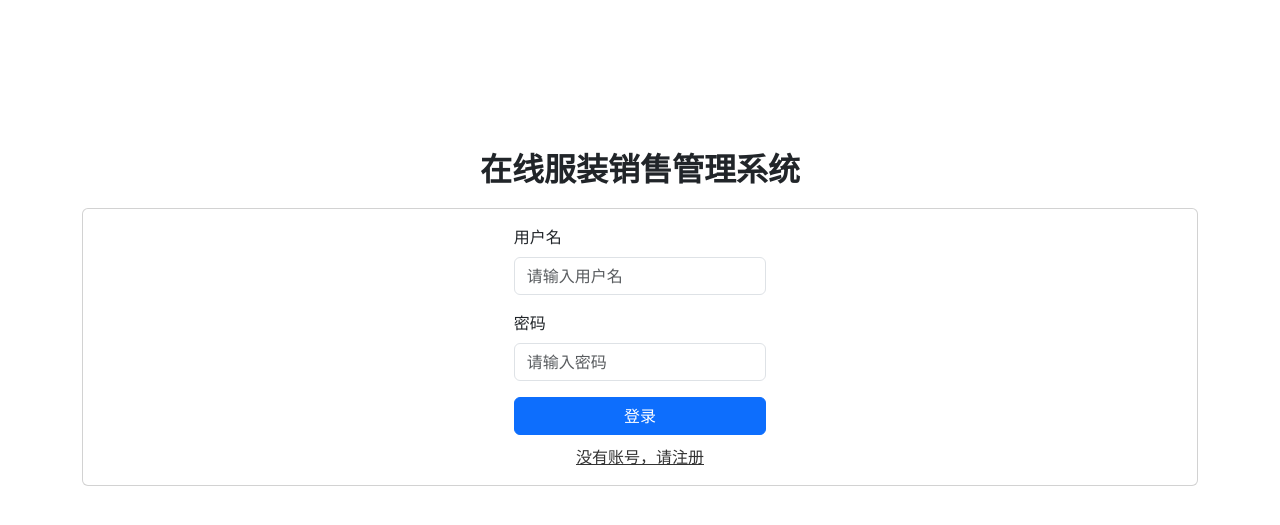
Repository: squawktop/CFS
Page: / (app in web/)
The author's editor kept a copy of each file at every save. The page is drawn from the files as they stood at one save, then again after the next save.
The browser window is 1280 px wide. The pictures show the whole page.
The pointer rests on the first visible `.tip`.
The project was rebuilt for these pictures with package versions that can differ from the ones it lists, and the page was loaded fresh each time. Also part of the build but not shown: web/vue.config.js, web/src/views/RegisterView.vue, web/src/components/NavBar.vue, web/src/views/HomeView.vue, web/src/views/UsersManageView.vue, web/src/views/PersonalCenterView.vue, web/src/views/GoodsManageView.vue, web/src/views/OrdersManageView.vue and 1 more.

Above is the page before, as saved 2024-03-23 18:08:47.

### web/src/App.vue
<template>
  <RouterView></RouterView>
</template>

<script>


// 导入bootstrap
import "bootstrap/dist/css/bootstrap.min.css"
import "bootstrap/dist/js/bootstrap"
// import { ref } from "vue";

// import $ from 'jquery';
export default {
  components: {

  }
  ,
  setup() {
    // const user_id = ref("");
    // const username = ref("");
    // const password = ref("");

    // $.ajax({
    //   type: "get",
    //   url: "http://127.0.0.1:3000/user/getlist",
    //   success(resp) {
    //     user_id.value = resp[0].id;
    //     username.value = resp[0].username;
    //     password.value = resp[0].password;

    //   },
    //   error() {
    //     this.user_id = "error"
    //   }
    // })




    return {

    }
  }

}

</script>

<style></style>

### web/src/router/index.js
import { createRouter, createWebHistory } from 'vue-router'
// import HomeView from '../views/HomeView.vue'
import LoginView from '../views/LoginView.vue'
import RegisterView from '../views/RegisterView.vue'
import HomeView from '../views/HomeView.vue'
import UsersManageView from '../views/UsersManageView.vue'
import PersonalCenterView from '../views/PersonalCenterView.vue'
import GoodsManageView from '../views/GoodsManageView.vue'
import OrdersManageView from '../views/OrdersManageView.vue'
import NotFound from '../views/NotFoundView.vue'
import store from '@/store/index'

const routes = [
  {
    path: '/',
    name: 'home',
    component: HomeView,
    // redirect: "/user/register",
    meta: { //该页面是否需要授权      //随便写， 也可以设置为   flag : true;
      requestAuth: true,
    }
  },

  {
    path: '/user/login',
    name: 'user_login',
    component: LoginView,
    meta: {
      requestAuth: false,
    }
  },

  {
    path: '/user/register',
    name: 'user_register',
    component: RegisterView,
    meta: { //该页面是否需要授权
      requestAuth: false,
    }
  },
  {
    path: '/user/personalcenter',
    name: 'personal_center',
    component: PersonalCenterView,
    meta: { //该页面是否需要授权
      requestAuth: true,
    }
  },

  {
    path: '/user/usermanage',
    name: 'user_manage',
    component: UsersManageView,
    meta: { //该页面是否需要授权
      requestAuth: true,
    }
  }
  ,
  {
    path: '/goods/manage',
    name: 'goods_manage',
    component: GoodsManageView,
    meta: { //该页面是否需要授权
      requestAuth: true,
    }
  }, {
    path: '/orders/manage',
    name: 'orders_manage',
    component: OrdersManageView,
    meta: { //该页面是否需要授权
      requestAuth: true,
    }
  },


  {
    path: "/404/",
    name: "404",
    component: NotFound
  },
  {
    path: "/:catchAll(.*)",
    redirect: "/404/",  //页面重定向到404
  }
]

const router = createRouter({
  history: createWebHistory(),
  routes
})

router.beforeEach((to, from, next) => {
  if (to.meta.requestAuth && !store.state.user.is_login) {
    next({ name: "user_login" });
  } else {
    next();
  }
})

export default router

### web/src/store/index.js
import { createStore } from 'vuex'
import ModuleUser from '@/store/user'

export default createStore({
  state: {
  },
  getters: {
  },
  mutations: {
  },
  actions: {
  },
  modules: {
    user: ModuleUser,
  }
})

### web/src/views/LoginView.vue
<template style="background-color: green;">
    <div class="background">
        <h2>在线服装销售管理系统</h2>
        <ContentField v-if="!$store.state.user.pulling_info">
            <div class="row justify-content-md-center">
                <div class="col-3">
                    <form @submit.prevent="login">
                        <div class="mb-3">
                            <label for="username" class="form-label">用户名</label>
                            <input v-model="username" type="text" class="form-control" id="username"
                                placeholder="请输入用户名" />
                        </div>
                        <div class="mb-3">
                            <label for="password" class="form-label">密码</label>
                            <input v-model="password" type="password" class="form-control" id="password"
                                placeholder="请输入密码" />
                        </div>
                        <div class="error-message">{{ error_message }} </div>
                        <button type="submit" class="btn btn-primary">登录</button>
                        <!-- <button type="button" class="btn btn-primary" style="margin-top: 10px"
                            @click="registerview">没有账号，请注册</button> -->
                        <div class="tip" @click="registerview">没有账号，请注册</div>

                    </form>
                </div>
            </div>
        </ContentField>
    </div>

</template>

<script>
import ContentField from "@/components/ContentField.vue";
import { useStore } from "vuex"
import { ref } from "vue"
import router from "@/router/index";

export default {
    components: {
        ContentField,
    },
    setup() {
        const store = useStore();
        let username = ref('');
        let password = ref('');
        let error_message = ref('');


        const jwt_token = localStorage.getItem("jwt_token");
        if (jwt_token) {
            store.commit("updateToken", jwt_token);
            store.dispatch("getinfo", {
                success() {
                    router.push({ name: "home" });
                    store.commit("updatePullingInfo", false);
                }, error() {
                    store.commit("updatePullingInfo", false);
                }
            })
        } else {
            store.commit("updatePullingInfo", false);
        }




        const login = () => {
            error_message.value = "";
            store.dispatch("login", {
                username: username.value,
                password: password.value,
                success() {
                    store.dispatch("getinfo", {
                        success() {
                            router.push({ name: 'home' });
                        }
                    })

                },
                error() {
                    error_message.value = "用户名或密码错误";
                }
            })
        }

        const registerview = () => {
            router.push({ name: "user_register" });
        }

        return {
            username,
            password,
            error_message,
            login,
            registerview,

        }
    }
};
</script>



<style scoped>
h2 {
    text-align: center;
    margin-top: 150px;
    font-weight: bold;
}

button {
    width: 100%;
}

div.error-message {
    color: red;
}

.tip {
    text-align: center;
    margin-top: 10px;
    text-decoration:underline;
}
.tip:hover{
    cursor: pointer;
    color:#333 ;
}
</style>

### web/src/store/user.js
import router from '@/router';
import $ from 'jquery'
export default {
    state: {
        id: "",
        username: "",
        photo: "",
        token: "",
        is_login: false,
        pulling_info: true,
    },
    getters: {
    },
    mutations: {        //一般是用来修改数据的
        updateUser(state, user) {
            state.id = user.id;
            state.username = user.username;
            state.photo = user.photo;
            state.is_login = user.is_login;
        },
        updateToken(state, token) {
            state.token = token;
        },
        logout(state) {
            state.id = "";
            state.username = "";
            state.photo = "";
            state.token = "";
            state.is_login = false;
            router.push({ name: "user_login" });
        },
        updatePullingInfo(state, pulling_info) {
            state.pulling_info = pulling_info;
        },
    },

    actions: {

        login(context, data) {
            $.ajax({
                url: "http://127.0.0.1:3000/api/user/account/token/",
                type: "post",
                data: {
                    username: data.username,
                    password: data.password,
                },
                success(resp) {
                    if (resp.error_message === "success") {
                        localStorage.setItem("jwt_token", resp.token);
                        context.commit("updateToken", resp.token);
                        data.success(resp);
                    } else {
                        data.error(resp);
                    }
                },
                error(resp) {
                    data.error(resp)
                },
            });
        },
        getinfo(context, data) {
            $.ajax({
                url: "http://127.0.0.1:3000/api/user/account/info/",
                type: "get",
                headers: {
                    Authorization:
                        "Bearer " + context.state.token,
                },
                success(resp) {
                    if (resp.error_message === "success") {
                        // console.log(resp);
                        context.commit("updateUser", {
                            ...resp,
                            is_login: true,

                        });
                        data.success(resp);
                    } else {
                        data.success(resp);
                    }

                },
                error(resp) {
                    data.error(resp);
                },
            });

        },
        logout(context) {
            localStorage.removeItem("jwt_token");
            context.commit("logout")
        }
    },
    modules: {
    }
}

### web/src/components/ContentField.vue
<template>
    <div class="container content-field">
        <div class="card">
            <div class="card-body">
                <slot></slot>
            </div>
        </div>
    </div>
</template>

<script>
</script>

<style scoped>
div.content-field {
    margin-top: 20px;
}
</style>

Loaded but not shown: web/public/index.html (common file); web/src/main.js (common file)

After the next save:
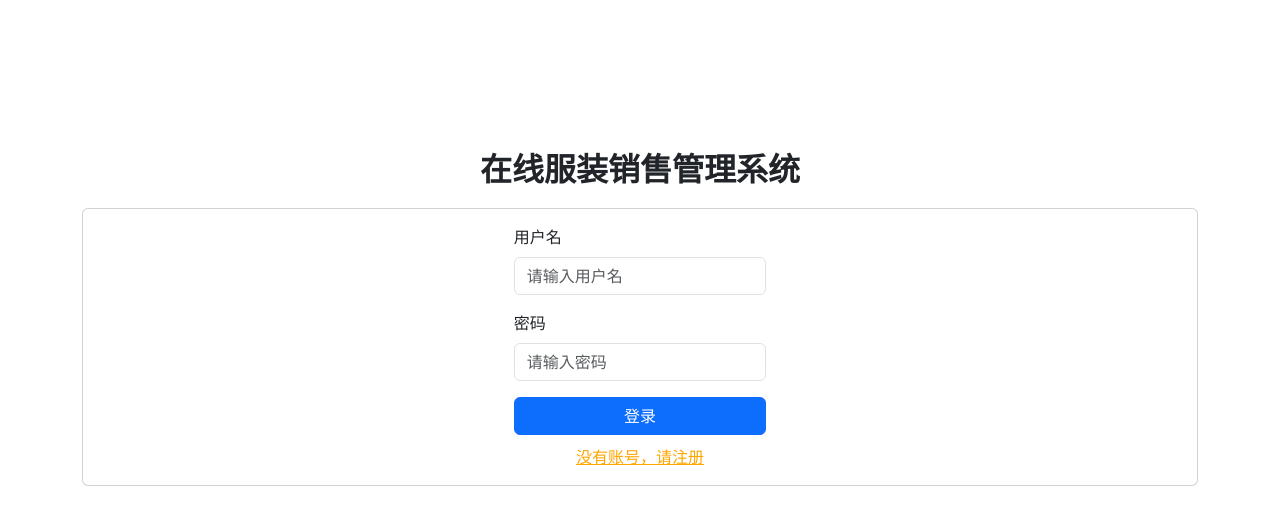
Saved 3 min 36 s later.
--- a/web/src/views/LoginView.vue
+++ b/web/src/views/LoginView.vue
@@ -123,6 +123,6 @@ div.error-message {
 }
 .tip:hover{
     cursor: pointer;
-    color:#333 ;
+    color:#FFA500 ;
 }
 </style>
